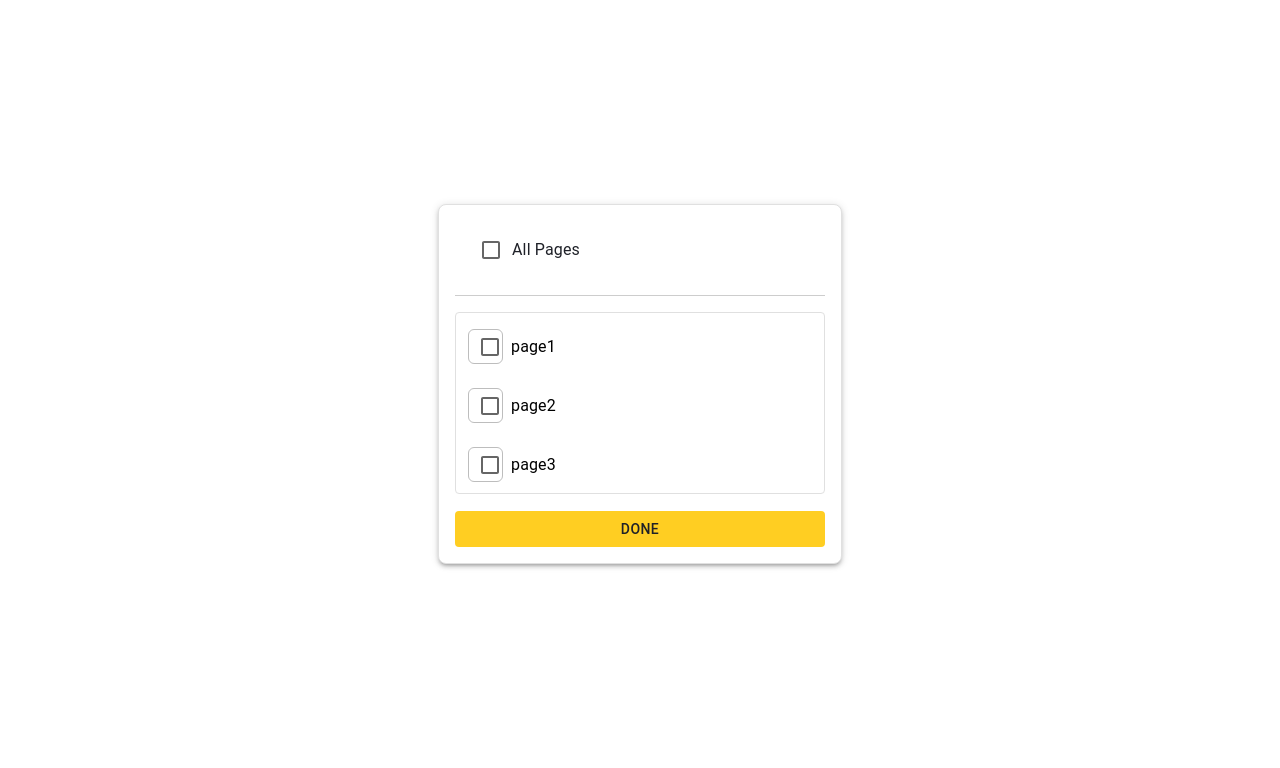
Repository: Tabishhaider72/Ellty-Test
Page: /
An editor plug-in stored every save of this project. The page is shown before and after the next save, followed by the edit.
The browser window is 1280 px wide. The pictures show the whole page.
The project was rebuilt for these pictures with package versions that can differ from the ones it lists, and the page was loaded fresh each time. Also part of the build but not shown: vite.config.js, src/index.css.

Above is the page before, as saved 2024-08-28 15:05:47.

### src/App.jsx
import React, { useState } from 'react';
import Box from '@mui/material/Box';
import Checkbox from '@mui/material/Checkbox';
import FormControlLabel from '@mui/material/FormControlLabel';
import Button from '@mui/material/Button';

function PageSelector() {
  const [allChecked, setAllChecked] = useState(false);
  const [pages, setPages] = useState({
    page1: false,
    page2: false,
    page3: false,
    page4: false,
  });

  const handleAllCheck = () => {
    const newCheckedStatus = !allChecked;
    setAllChecked(newCheckedStatus);
    setPages({
      page1: newCheckedStatus,
      page2: newCheckedStatus,
      page3: newCheckedStatus,
      page4: newCheckedStatus,
    });
  };

  const handlePageCheck = (page) => {
    const newPages = { ...pages, [page]: !pages[page] };
    setPages(newPages);
    setAllChecked(Object.values(newPages).every((val) => val === true));
  };

  return (
    <Box
      sx={{
        display: 'flex',
        justifyContent: 'center',
        alignItems: 'center',
        height: '100vh',
        padding: 2,
      }}
    >
      <Box
        sx={{
          width: 370,
          height: 326,
          backgroundColor: 'white',
          border: '1px solid',
          borderColor: 'grey.300',
          boxShadow: 3,
          borderRadius: 2,
          p: 2,
          display: 'flex',
          flexDirection: 'column',
        }}
      >
        <Box
          sx={{
            display: 'flex',
            flexDirection: 'row',
            justifyContent: 'space-between',
            alignItems: 'center',
            p: '8px 15px',
            mb: 2,
          }}
        >
          <FormControlLabel
            control={
              <Checkbox
                checked={allChecked}
                onChange={handleAllCheck}
                color="primary"
              />
            }
            label="All Pages"
            sx={{
              fontFamily: 'Montserrat',
              fontWeight: 400,
              fontSize: '14px',
              lineHeight: '18px',
              color: '#1F2128',
              margin: 0,
            }}
          />
        </Box>
        <Box
          sx={{
            width: '100%',
            borderBottom: '0.7px solid #CDCDCD',
            mb: 2,
          }}
        />
        <Box
          sx={{
            overflowY: 'auto',
            height: 164,
            mb: 2,
            border: '1px solid',
            borderColor: 'grey.300',
            borderRadius: 1,
            p: 1,
          }}
        >
          {Object.keys(pages).map((page) => (
            <Box
              key={page}
              sx={{
                display: 'flex',
                flexDirection: 'row',
                justifyContent: 'space-between',
                alignItems: 'center',
                p: '8px 15px',
                mb: 1,
                backgroundColor: 'white',
              }}
            >
              <FormControlLabel
                control={
                  <Checkbox
                    checked={pages[page]}
                    onChange={() => handlePageCheck(page)}
                    color="primary"
                  />
                }
                label={page}
                sx={{
                  width: 35,
                  height: 35,
                  border: '1px solid #BDBDBD',
                  borderRadius: '6px',
                  boxSizing: 'border-box',
                }}
              />
            </Box>
          ))}
        </Box>
        <Box sx={{ mt: 'auto' }}>
          <Button
            variant="contained"
            sx={{
              width: '100%',
              borderRadius: 1,
              backgroundColor: '#FFCE22', // Website color/Orange
              color: '#1F2128', // Black color
              boxShadow: 'none', // Remove shadow
              '&:hover': {
                backgroundColor: '#FFD84D', // Lighter Orange color
                boxShadow: 'none', // Remove shadow on hover
              },
            }}
          >
            Done
          </Button>
        </Box>
      </Box>
    </Box>
  );
}

export default PageSelector;

Loaded but not shown: index.html (common file); src/main.jsx (common file)

After the next save:
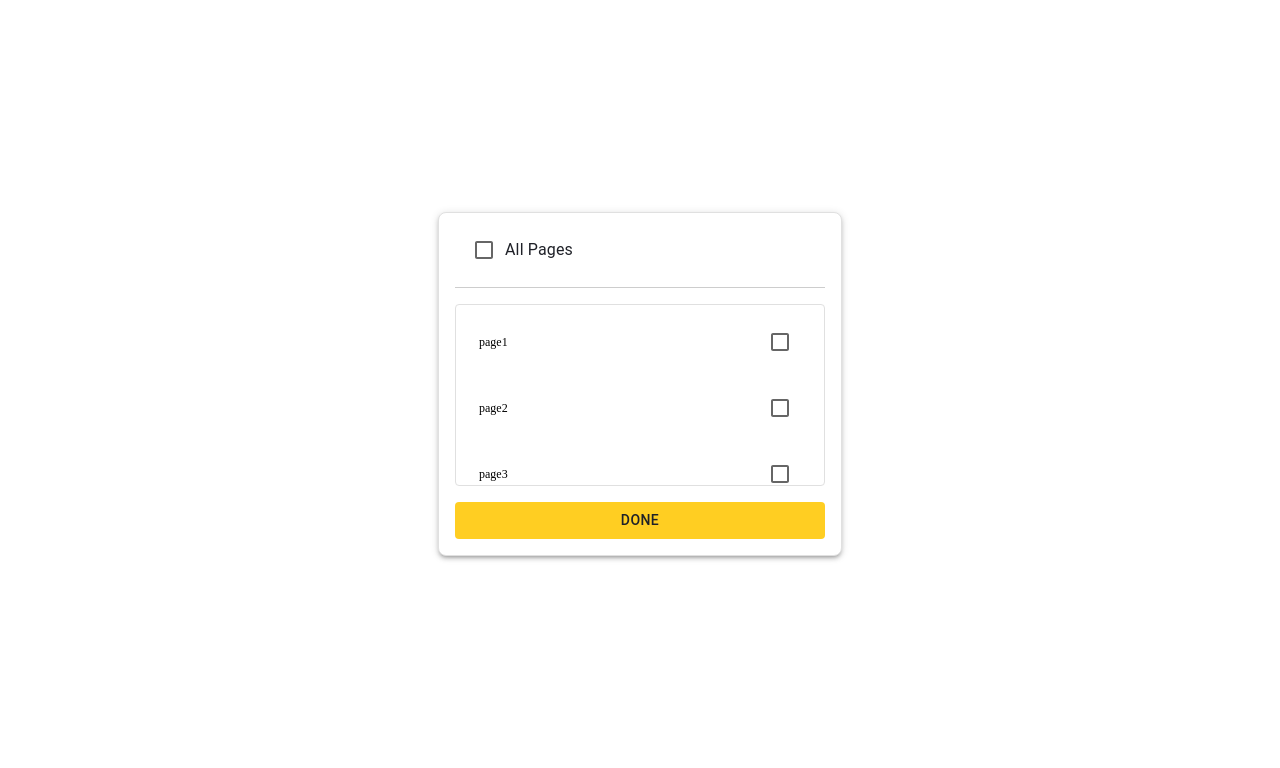
Saved 7 min 1 s later.
--- a/src/App.jsx
+++ b/src/App.jsx
@@ -10,7 +10,6 @@ function PageSelector() {
     page1: false,
     page2: false,
     page3: false,
-    page4: false,
   });
 
   const handleAllCheck = () => {
@@ -20,7 +19,6 @@ function PageSelector() {
       page1: newCheckedStatus,
       page2: newCheckedStatus,
       page3: newCheckedStatus,
-      page4: newCheckedStatus,
     });
   };
 
@@ -43,7 +41,6 @@ function PageSelector() {
       <Box
         sx={{
           width: 370,
-          height: 326,
           backgroundColor: 'white',
           border: '1px solid',
           borderColor: 'grey.300',
@@ -57,31 +54,31 @@ function PageSelector() {
         <Box
           sx={{
             display: 'flex',
-            flexDirection: 'row',
             justifyContent: 'space-between',
             alignItems: 'center',
-            p: '8px 15px',
             mb: 2,
           }}
         >
-          <FormControlLabel
-            control={
-              <Checkbox
-                checked={allChecked}
-                onChange={handleAllCheck}
-                color="primary"
-              />
-            }
-            label="All Pages"
-            sx={{
-              fontFamily: 'Montserrat',
-              fontWeight: 400,
-              fontSize: '14px',
-              lineHeight: '18px',
-              color: '#1F2128',
-              margin: 0,
-            }}
-          />
+          <Box sx={{ flex: 1 }}>
+            <FormControlLabel
+              control={
+                <Checkbox
+                  checked={allChecked}
+                  onChange={handleAllCheck}
+                  color="primary"
+                />
+              }
+              label="All Pages"
+              sx={{
+                fontFamily: 'Montserrat',
+                fontWeight: 400,
+                fontSize: '12px', // Smaller font size
+                color: '#1F2128',
+                margin: 0,
+                ml: 1,
+              }}
+            />
+          </Box>
         </Box>
         <Box
           sx={{
@@ -106,30 +103,19 @@ function PageSelector() {
               key={page}
               sx={{
                 display: 'flex',
-                flexDirection: 'row',
                 justifyContent: 'space-between',
                 alignItems: 'center',
                 p: '8px 15px',
                 mb: 1,
                 backgroundColor: 'white',
+                fontSize: '12px', // Smaller font size
               }}
             >
-              <FormControlLabel
-                control={
-                  <Checkbox
-                    checked={pages[page]}
-                    onChange={() => handlePageCheck(page)}
-                    color="primary"
-                  />
-                }
-                label={page}
-                sx={{
-                  width: 35,
-                  height: 35,
-                  border: '1px solid #BDBDBD',
-                  borderRadius: '6px',
-                  boxSizing: 'border-box',
-                }}
+              <Box sx={{ flex: 1 }}>{page}</Box>
+              <Checkbox
+                checked={pages[page]}
+                onChange={() => handlePageCheck(page)}
+                color="primary"
               />
             </Box>
           ))}
